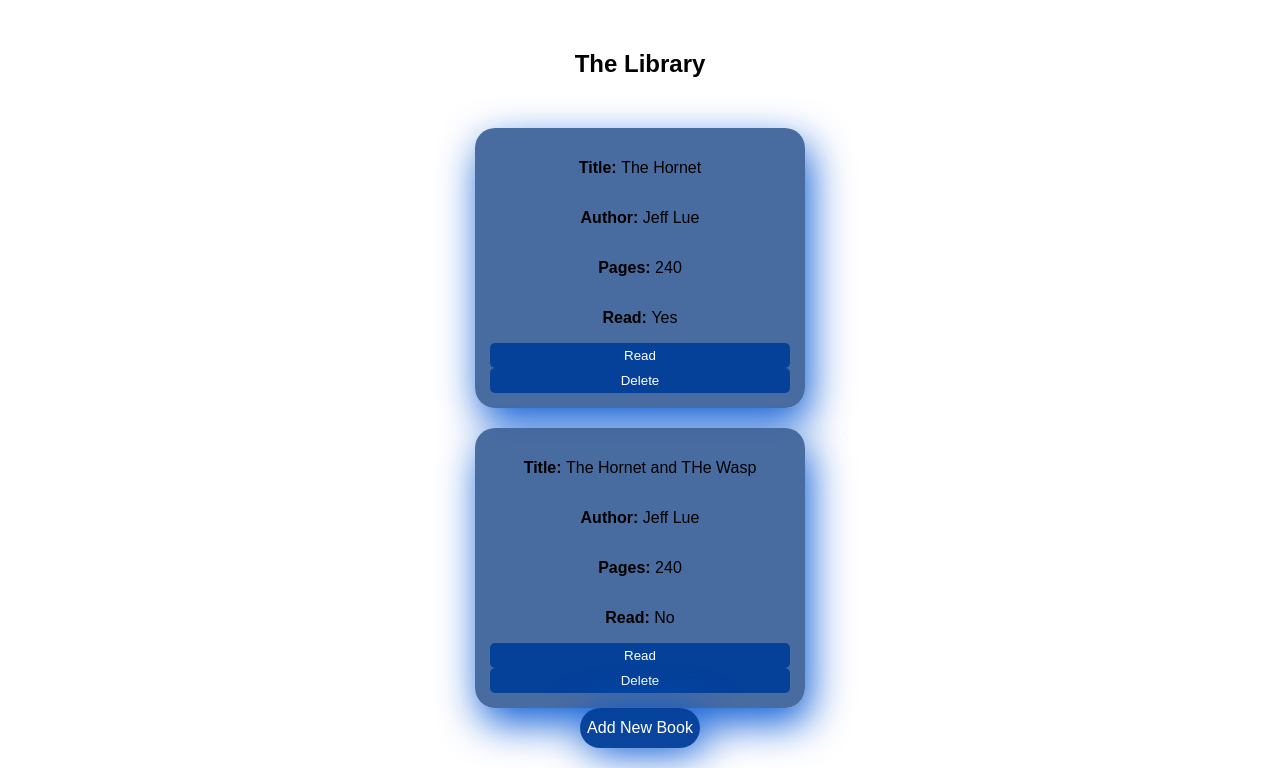
Repository: ErvinClay13/Library
Page: index.html
An editor plug-in stored every save of this project. The page is shown before and after the next save, followed by the edit.
The browser window is 1280 px wide. The pictures show the whole page.

Above is the page before, as saved 2025-01-11 04:53:06.

### index.html
<!DOCTYPE html>
<html lang="en">
<head>
    <meta charset="UTF-8">
    <meta name="viewport" content="width=device-width, initial-scale=1.0">
    <link rel="stylesheet" href="style.css">
    <link
      rel="icon"
      type="image/png"
      sizes="32x32"
      href="images/myLogo.png"
    />
    <title>The Library</title>
</head>
<body>
    <div class="container">
        <div class="heading">
            <h2>The Library</h2>
        </div>

            <div class="content" id="content"></div>

            <dialog id="myDialog">
                <div class="input">
                <form method="dialog" id="form">
                    <label for="title">Title</label>
                    <input type="text"
                           id="title"
                           name="title"
                           required>

                    <label for="author">Author</label>
                    <input type="text"
                           id="author"
                           name="author"
                           required>

                    <label for="pages">Pages</label>
                    <input type="number"
                           id="pages"
                           name="pages"
                           required>

                    <label for="read">Read</label>
                    <input type="checkbox"
                           name="read"
                           id="isRead">

                    <button type="submit" id="submit">Submit</button>
                    <div class="cancel" id="cancel">Cancel</div>


                </form>
            </div>
        </dialog>
        <footer><button id="addBook">Add New Book</button></footer>
    </div>

    <script src="script.js"></script>
</body>
</html>

### style.css
body {
    display: flex;
    justify-content: center;
    align-items: center;
    flex-direction: column;
    background-color: white;
    margin: 0;
    font-family: Arial, sans-serif;
}

.container {
    display: flex;
    flex-direction: column;
    align-items: center;
    padding: 20px;
}

.heading {
    display: flex;
    justify-content: space-between;
    justify-content: center;
    background-color: ;
    /* background-color: #42669df5; */
    /* box-shadow: 5px 5px 40px #0055d4f5; */
    width: 100%;
    max-width: 800px;
    padding: 10px 20px;
    border-radius: 10px;
    margin-bottom: 20px;
}

#addBook {
    background-color: #03409af5;
    box-shadow: 5px 5px 40px #0055d4f5;
    height: 40px;
    width: 120px;
    border-radius: 20px;
    border: none;
    font-size: 16px;
    color: white;
    cursor: pointer;
}

#addBook:hover {
    transform: scale(1.1);
    box-shadow: 2px 5px 40px #7800d4f5;
}

#content {
    display: flex;
    flex-wrap: wrap;
    gap: 20px;
    justify-content: center;
    width: 100%;
}

.card {
    display: flex;
    flex-direction: column;
    justify-content: space-between;
    text-align: center;
    border-radius: 20px;
    padding: 15px;
    background-color: #42669df5;
    width: 100%;
    max-width: 300px;
    box-shadow: 5px 15px 40px #0055d4f5;
}

.card-details {
    margin-bottom: 10px;
}

.card-buttons {
    display: flex;
    justify-content: space-between;
    gap: 10px;
}

.read, .delete {
    flex: 1;
    padding: 5px 10px;
    border: none;
    border-radius: 5px;
    color: white;
    background-color: #03409af5;
    cursor: pointer;
}

.read:hover, .delete:hover {
    background-color: #254a81f5;
}

.read:active, .delete:active {
    background-color: #42669df5;
}

dialog {
    background-color: #fefefe;
    padding: 20px;
    border: none;
    border-radius: 10px;
    box-shadow: 0px 5px 15px rgba(0, 0, 0, 0.5);
}

form {
    display: flex;
    flex-direction: column;
    gap: 10px;
}

input[type="text"], input[type="number"] {
    padding: 5px;
    border-radius: 5px;
    border: 1px solid #ccc;
}

button {
    cursor: pointer;
}

/* Responsive Styles */
@media (max-width: 768px) {
    .heading {
        flex-direction: column;
        align-items: center;
    }

    #content {
        gap: 15px;
    }

    .card {
        max-width: 100%;
    }
}

### script.js
const dialog = document.getElementById('myDialog');
const form = document.getElementById('form');
const content = document.getElementById('content');
const submit = document.getElementById('submit');
const addBook = document.getElementById('addBook');
const cancel = document.getElementById('cancel');

const myLibrary = [];

const theHornet = new Book('The Hornet', 'Jeff Lue', 240, true);
const theHornetAndTheWasp = new Book('The Hornet and THe Wasp', 'Jeff Lue', 240, false);

myLibrary.push(theHornet);
myLibrary.push(theHornetAndTheWasp);


function Book(title, author, pages, read) {
    this.title = title;
    this.author = author;
    this.pages = pages;
    this.read = read;
}

Book.prototype.info = function() {
    return `${this.title} ${this.author} ${this.pages} ${this.read}`;
}


Book.prototype.toggleRead = function() {
    this.read = !this.read;
}



addBook.addEventListener("click", () => {
    dialog.showModal();
});

cancel.addEventListener("click", () => {
    dialog.close();
});

submit.addEventListener("click", (event) => {
    event.preventDefault();

    const title = document.getElementById('title').value;
    const author = document.getElementById('author').value;
    const pages = document.getElementById('pages').value;
    const read = document.getElementById('isRead').checked;

    const newBook = new Book(title, author, pages, read);
    myLibrary.push(newBook);

    form.reset();
    showBooks();
    dialog.close();
});

function showBooks() {

    content.innerHTML = '';

    myLibrary.forEach((book, index) => {                   //going through the array myLibrary
        const card = document.createElement('div');        //creating a new card for each book created through the modal
        card.classList.add('card');                        //adding card to the class

        card.innerHTML =                                      //creating the text that will be displayed on the card
            `<p><strong>Title: </strong>${book.title}</p>
             <p><strong>Author: </strong>${book.author}</p>
             <p><strong>Pages: </strong>${book.pages}</p>
             <p><strong>Read: </strong>${book.read ? 'Yes' : 'No'}</p>`;   //using the user input to create the new book on the card

        const deleteBtn = document.createElement('button');
        deleteBtn.classList.add('delete');
        deleteBtn.textContent = ('Delete');

        deleteBtn.addEventListener("click", () => {
            myLibrary.splice(index, 1);
            showBooks();
        });

        const read = document.createElement('button');
        read.classList.add('read');
        read.textContent = ('Read');

        read.addEventListener("click", () => {
            book.toggleRead();
            showBooks();
        });

        card.appendChild(read);
        card.appendChild(deleteBtn);
        content.appendChild(card);


    })
}

showBooks();

After the next save:
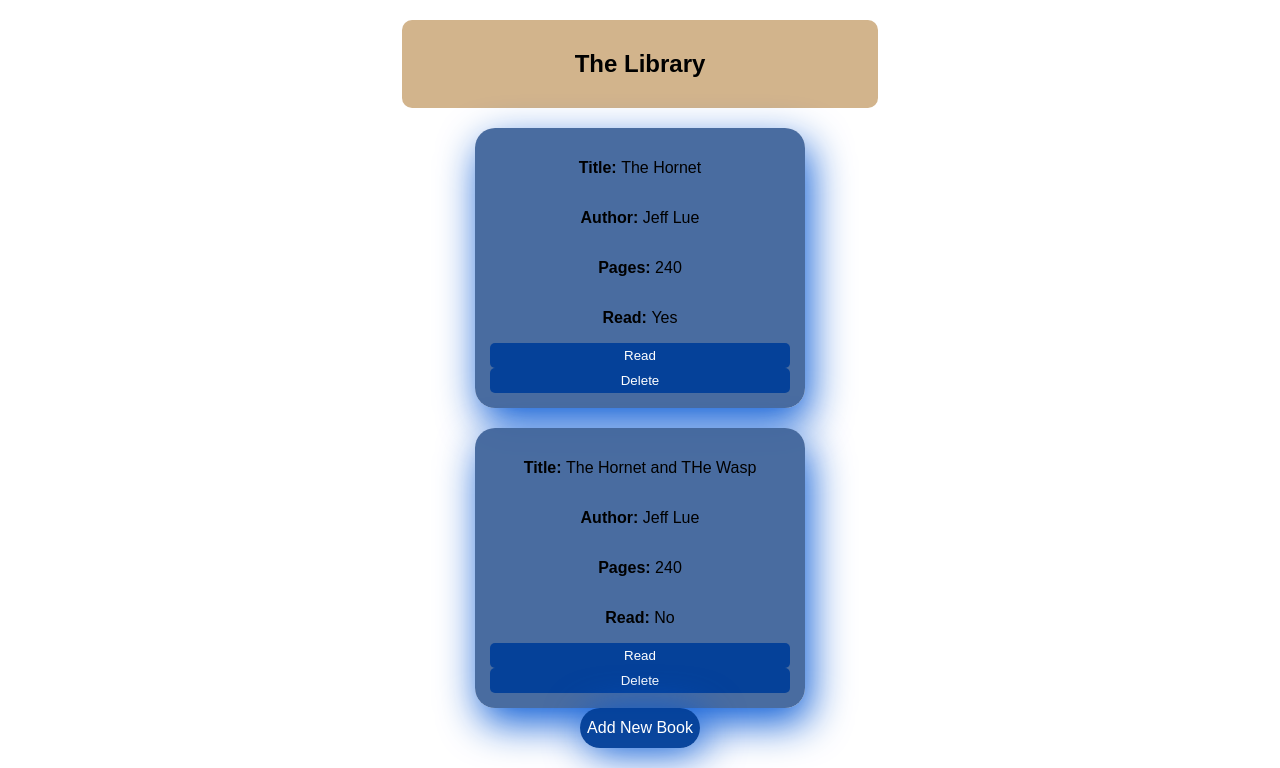
Saved 9 s later.
--- a/style.css
+++ b/style.css
@@ -19,7 +19,7 @@ body {
     display: flex;
     justify-content: space-between;
     justify-content: center;
-    background-color: ;
+    background-color: tan;
     /* background-color: #42669df5; */
     /* box-shadow: 5px 5px 40px #0055d4f5; */
     width: 100%;
